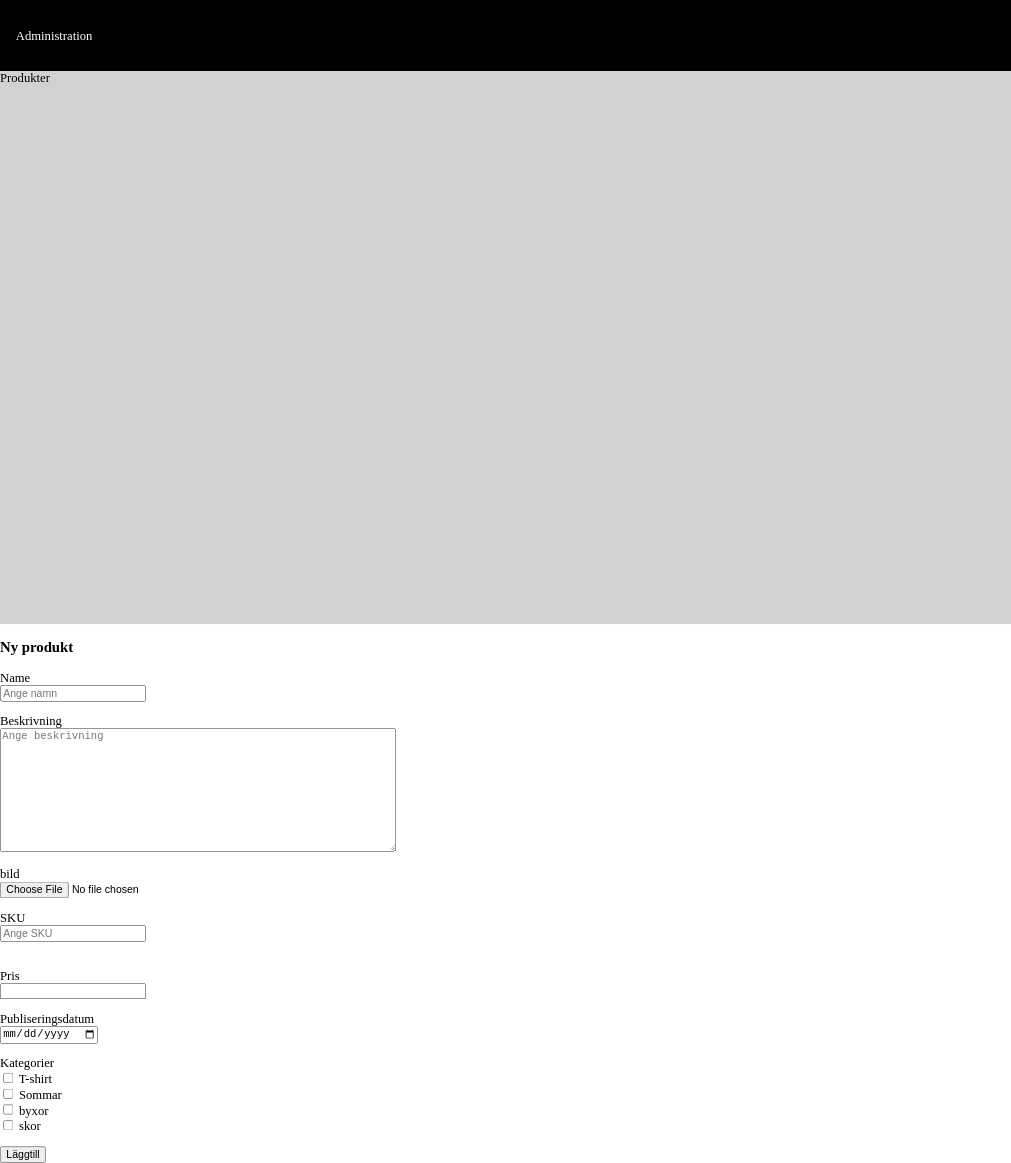
Repository: Kalle1995/project
Page: Nyproduckt.html
These files come from the project's save history. The page is drawn as it stood at one moment and after the next save; the edit follows.
The browser window is 1280 px wide. The pictures show the whole page, at 79% of full size.

Above is the page before, as saved 2024-10-06 21:06:23.

### Nyproduckt.html
<!DOCTYPE html>
<html lang="sv">

<head>
    <meta charset="UTF-8">
    <meta name="viewport" content="width=device-width, initial-scale=1.0">
    <title>Nyprodukt</title>
    <link rel="stylesheet" href="main.css">
</head>

<body>
    <header class="AD">
        <p>
            Administration
        </p>
    </header>

    <main class="AD-main">
        <aside class="PR">
            <p>Produkter</p>
        </aside>

        <section>
            <form action="#"></form>
                <h3>
                    Ny produkt
                </h3>
                <div>
                    <p>
                        <label for="name">Name</label> <br>
                        <input type="text" name="fullName" id="fullName" placeholder="Ange namn" required="true">
                    </p>
                </div>

                <p>
                    <label for="massage">Beskrivning</label> <br>
                    <textarea name="message" id="message" cols="60" rows="10" placeholder="Ange beskrivning"></textarea>
                </p>
                <p>
                    <label for="Pic">bild</label> <br>
                    <input type="file" required="true" accept="image/*">
                </p>
                <p>
                    <label for="sku">SKU</label><br>
                    <input type="text" id="sku" name="sku" required pattern="[A-Za-z]{3}[0-9]{3}" title="AAA111"
                        placeholder="Ange SKU"><br><br>

                </p>
                <p>
                    <label for="Pris">Pris</label> <br>
                    <input type="number">
                </p>
                <p>
                    <label for="data">Publiseringsdatum</label> <br>
                    <input type="date" name="data" id="data">
                </p>

                <p>
                    <label for="Kategorier">Kategorier</label> <br>
                    <input type="checkbox">
                    <label for="T-shirt">T-shirt</label><br>
                    <input type="checkbox">
                    <label for="Sommar">Sommar</label><br>
                    <input type="checkbox">
                    <label for="byxor">byxor</label><br>
                    <input type="checkbox">
                    <label for="skor">skor</label>
                </p>

                <div class="läggTill">
                    <button name="läggTill" type="submit" value="">Läggtill</button>
                </div>
            </form>
        </section>
    </main>
</body>
</html>

### main.css
body {
    margin: 0;
    padding: 0;
    font-size: 2em;
    display: grid;
}


.head-title {
    text-align: center;
}

.products {
    display: grid;
    gap: 15px;
}

ul {
    list-style-type: none;
    margin: 0;
    padding: 0;

}

.search {
    border: 2px solid gray;
    border-radius: 12px;
    padding: 5px;
    display: inline;
    background-image: url(bilder/search.png);
    background-repeat: no-repeat;
    background-position: 4px;
    padding-left: 25px;

}

.NavList {
    padding-bottom: 10px;
    padding-top: 10px;

}

.hide-on-mobile {
    display: none;
}

.nav-list-item {
    a {
        text-decoration: none;
    }
}

.product {
    position: relative;
}

.product-icon {
    right: 20px;
    bottom: 80px;
    position: absolute;
}

.product-pic {
    width: 100%;
    height: auto;
}

.head {
    display: flex;
    flex-direction: column;
}

.head-image {
    width: 100%;
}

.wholeHead {
    display: flex;
    flex-direction: row;
}

.searchAndIcons {
    width: 100%;
    display: flex;
    flex-direction: row;
    margin: auto 0 auto 20px;
}

.search {
    height: 30px;
    width: 100%;
    max-width: 400px;
    margin-right: 10px;
}

.headIcons {
    display: flex;
    gap: 10px;
    margin-right: 0;
    margin-left: auto;

    img {
        height: 30px;
    }
}

.icon {
    width: 300px;
}

.small-footer {
    display: none;
}

header {
    padding: 20px;
}

main {
    padding: 20px;
}


@media (max-width: 640px) {
    .mid {
        position: relative;
        display: block;
        font-size: medium;
    }

    li {
        margin-bottom: 3px;
    }

    .icon {
        width: 100%;
    }

    .wholeHead {
        flex-direction: column;
    }

    .search {
        height: 35px;
        width: 100%;
        max-width: 400px;
    }

    .headIcons {
        img {
            height: 35px;
        }
    }

    .searchAndIcons {
        margin-top: 10px;
        margin-left: 0;
    }

    .small-footer {
        display: block;
    }

    .normal-footer {
        display: none;
    }
}

@media (min-width: 640px) {
    .products {
        grid-template-columns: repeat(2, 1fr);
    }

    .mid {
        position: relative;
        display: block;
        font-size: large;
    }

    li {
        display: inline;
        margin-right: 5px;
    }
}

body {
    font-size: 1.5em;
}

@media (min-width: 1024px) {
    .products {
        grid-template-columns: repeat(4, 1fr);
    }

    body {
        font-size: 1em;
    }

    .listan {
        display: flex;
    }

    li {
        display: inline;
        margin-right: 5px;
    }

    .hide-on-mobile {
        display: inline-block;
    }

    .head {
        flex-direction: row-reverse;
    }
}





/*
    @media (max-width:1024px) {
        .ejnav {
            display: none;
        }

      }
*/



/*
      @media print {
        body {
            font-size: 4em;
        }
        img {
            display: none;
        }
      }
*/



/*
här för Nyproduckt sidan
*/


.slide-item {
    display: flex;
    flex-direction: row;
    gap: 20px
}

.slide-image {
    width: 32%;
    margin: auto;
}

header>h3 {
    position: absolute;
    left: 10px;
    bottom: auto;
}

.vänster {
    display: grid;
    grid-template-rows: 100%;
    background-color: gray;
}

.w-100 {
    width: 100%;
}

.liggTill {
    hero-text button: hover
}


/*
kassa sidan
*/

.kassa {
    text-align: center;

}






.buy>button {
    display: grid;
    align-items: center;
    width: 80px;
    height: 30px;
    background-color: rgb(255, 255, 255);
    margin-left: 50%;
    font-weight: bold;
    border-radius: 10px;

}



.custom.btn-success {
    color: red;
}

.no-space {
    margin: 0;
    padding: 0;
    border: none;
    border-top: 1px solid black;
    /* Valfri färg eller stil på linjen */
}

.normal-footer {
    padding: 15px;
    background-color: rgb(207, 206, 206)
}

.list-container {
    display: inline-flex;
    justify-content: space-between;
    /* Ser till att listorna sprids ut jämnt */
    gap: 150px;
    /* Mellanrum mellan listorna */
}

.list {
    flex: 1;
    /* Gör att listorna tar upp lika mycket plats */
    padding-left: 15px;
}

.list h3 {
    margin-bottom: 20px;
}

.list li {
    list-style-type: none;
    /* ingen punkter i listan */
    padding: 0;
}

.list li ul {
    margin-bottom: 10px;
}




/*
Administration
*/

.AD {
    background-color: black;
    color: white;
}

.AD-main {
    padding: 0;
}

.PR {
    background-color: rgb(209, 209, 208);
    height: 100%;
    padding: 0;;

    p {
        margin: 0;
    }
}

.AR {
    position: relative;
    ;
    left: 200px;
    top: -40px;

}













/*

.Company{
    text-align: center;
    bottom: auto;
}

After the next save:
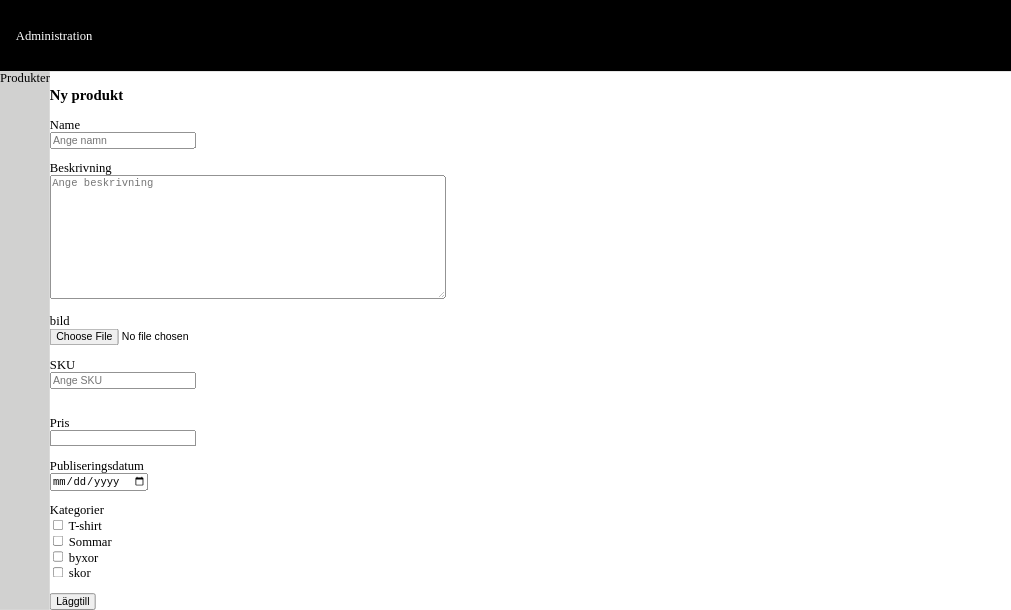
Saved 25 s later.
--- a/main.css
+++ b/main.css
@@ -366,6 +366,8 @@ Administration
 
 .AD-main {
     padding: 0;
+    display: flex;
+    flex-direction: row;
 }
 
 .PR {
